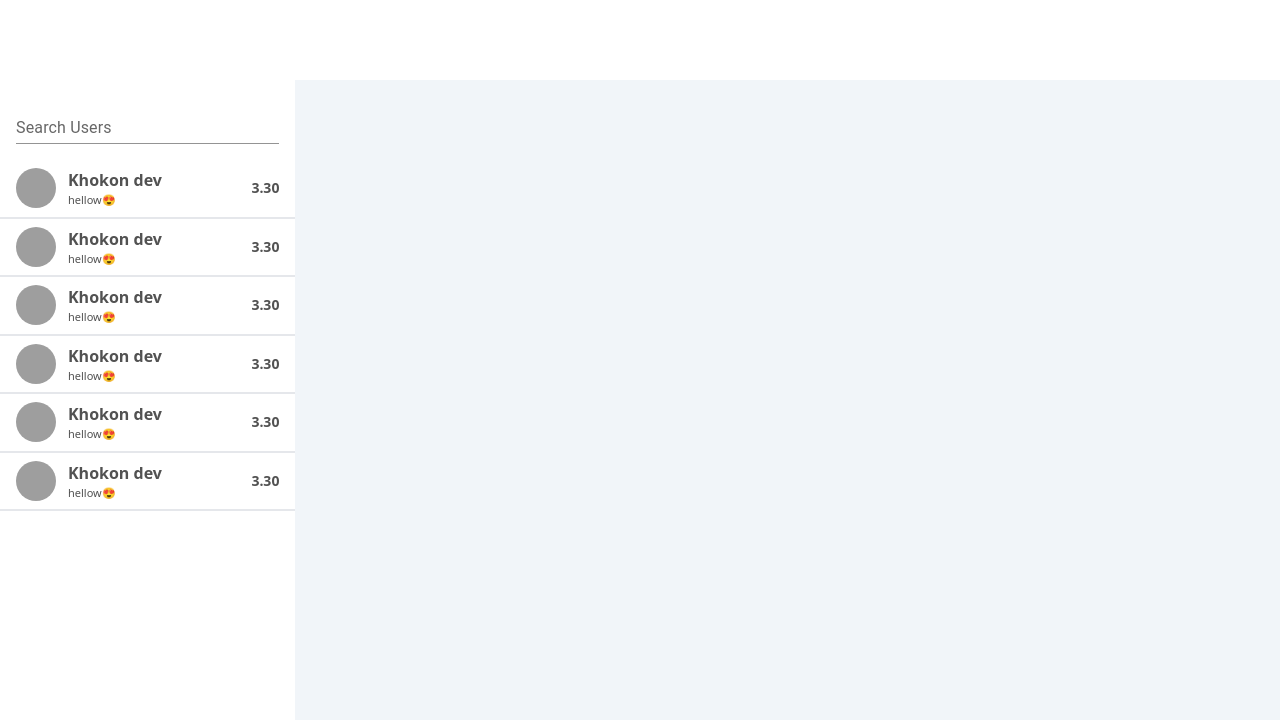
Repository: satya-ranjon/Instagram-clone-dev
Page: /inbox
An editor plug-in stored every save of this project. The page is shown before and after the next save, followed by the edit.
The browser window is 1280 px wide. The pictures show the whole page.
Pictures or frames that could not be fetched are drawn as grey boxes. The project was rebuilt for these pictures with package versions that can differ from the ones it lists, and the page was loaded fresh each time. Also part of the build but not shown: src/components/RightSideBar.jsx, src/components/Home/SinglePost.jsx, src/components/Home/PostList.jsx, src/components/Home/closeBtn.jsx, src/components/Home/newPostSectionOne.jsx, src/components/Home/NewPost.jsx, src/components/Home/Home.jsx, src/Assets/Logo.jsx and 8 more.

Above is the page before, as saved 2022-04-23 03:42:25.

### public/index.html
<!DOCTYPE html>
<html lang="en">
  <head>
    <meta charset="utf-8" />
    <link rel="icon" href="%PUBLIC_URL%/faveicon.png" />
    <meta name="viewport" content="width=device-width, initial-scale=1" />
    <meta name="theme-color" content="#000000" />
    <meta
      name="description"
      content="Web site created using create-react-app"
    />
    <link rel="apple-touch-icon" href="%PUBLIC_URL%/logo192.png" />
    <!--
      manifest.json provides metadata used when your web app is installed on a
      user's mobile device or desktop. See https://developers.google.com/web/fundamentals/web-app-manifest/
    -->
    <link rel="manifest" href="%PUBLIC_URL%/manifest.json" />
    <!--
      Notice the use of %PUBLIC_URL% in the tags above.
      It will be replaced with the URL of the `public` folder during the build.
      Only files inside the `public` folder can be referenced from the HTML.

      Unlike "/favicon.ico" or "favicon.ico", "%PUBLIC_URL%/favicon.ico" will
      work correctly both with client-side routing and a non-root public URL.
      Learn how to configure a non-root public URL by running `npm run build`.
    -->
    <title>React App</title>
  </head>
  <body>
    <noscript>You need to enable JavaScript to run this app.</noscript>
    <div id="root"></div>
    <!--
      This HTML file is a template.
      If you open it directly in the browser, you will see an empty page.

      You can add webfonts, meta tags, or analytics to this file.
      The build step will place the bundled scripts into the <body> tag.

      To begin the development, run `npm start` or `yarn start`.
      To create a production bundle, use `npm run build` or `yarn build`.
    -->
  </body>
</html>

### src/index.css
@import url("https://fonts.googleapis.com/css2?family=Kaushan+Script&display=swap");

@tailwind base;
@tailwind components;
@tailwind utilities;

@layer components {
  .grid___three {
    @apply grid grid-cols-1 sm:grid-cols-2 md:grid-cols-3 gap-2 lg:gap-4 transition-all duration-300 my-10 font-semibold mx-10  sm:mx-20 lg:mx-32 xl:mx-40;
  }
  .grid___two {
    @apply grid grid-cols-1 sm:grid-cols-2 gap-2 lg:gap-4  my-10 font-semibold mx-10 transition-all duration-300 sm:mx-20 lg:mx-32 xl:mx-40;
  }
  .grid___one {
    @apply grid grid-cols-1  gap-2 lg:gap-4  my-10 font-semibold mx-10 sm:mx-32 md:mx-44 transition-all duration-300 lg:mx-60 xl:mx-60;
  }
  .img__three {
    @apply bg-red-300 w-full h-[18rem] transition-all duration-300 sm:h-[14rem] xl:h-[18rem] 2xl:h-[28rem];
  }
  .img__two {
    @apply bg-red-300 w-full h-[18rem] transition-all duration-300 sm:h-[20rem] lg:h-[24rem] xl:h-[28rem] 2xl:h-[40rem];
  }
  .img__one {
    @apply bg-red-300 w-full h-[18rem] transition-all duration-300 sm:h-[20rem] lg:h-[32rem] xl:h-[40rem] 2xl:h-[52rem];
  }
}

body::-webkit-scrollbar {
  display: none;
}
.hide_scrollbar::-webkit-scrollbar {
  display: none;
  overflow: hidden;
}

#category {
  overflow: hidden;
}

.bground {
  background: radial-gradient(
    ellipse at 70% 70%,
    #ee583f 8%,
    #d92d77 42%,
    #bd3381 58%
  );
}

.new {
  position: absolute;
  top: 50%;
  right: 50%;
  transform: translate(-50%, -50%);
}

### src/App.js
import { Route, Routes } from "react-router-dom";
import HomeContainder from "./components/Home/HomeContainder";
import InboxContainer from "./components/Inbox/InboxContainer";

function App() {
  return (
    <Routes>
      <Route path="/" element={<HomeContainder />} />
      <Route path="/inbox" element={<InboxContainer />} />
    </Routes>
  );
}

export default App;

### src/components/Inbox/InboxContainer.jsx
import { Avatar, TextField } from "@mui/material";
import React from "react";
import MesseageBox from "./MesseageBox";
import SearchUsers from "./SearchUsers";
import UserList from "./UserList";

export default function InboxContainer() {
  return (
    <div>
      <div className=" flex justify-between">
        <div className=" h-screen w-96 lg:w-[50rem overflow-y-scroll scrollbar-thumb-neutral-400 scrollbar-thin">
          <div className=" fixed top-0 h-20 bg-white w-full z-10">
            <div className="w-96"></div>
            <div className="w-full bg-red-300"></div>
          </div>
          <div className=" w-full pt-20 relative">
            <SearchUsers />
            <UserList />
            <UserList />
            <UserList />
            <UserList />
            <UserList />
            <UserList />
          </div>
        </div>

        <MesseageBox />
      </div>
    </div>
  );
}

### src/components/Inbox/MesseageBox.jsx
import React from "react";
import MesseageHader from "./MesseageHader";

export default function MesseageBox() {
  return (
    <div className=" h-screen w-full bg-slate-100">
      <MesseageHader />
    </div>
  );
}

### src/components/Inbox/SearchUsers.jsx
import { TextField } from "@mui/material";
import React from "react";

export default function SearchUsers() {
  return (
    <div className="p-4">
      <TextField
        className=" w-full "
        id="standard-basic"
        label="Search Users"
        variant="standard"
      />
    </div>
  );
}

### src/components/Inbox/UserList.jsx
import { Avatar } from "@mui/material";
import React from "react";

export default function UserList() {
  return (
    <div className="flex py-2 px-4 cursor-pointer transition-all duration-300 hover:bg-neutral-100 justify-between text-neutral-600 border-b-2">
      <div className=" my-auto flex space-x-3">
        <Avatar
          alt="Remy Sharp"
          src="https://img.freepik.com/free-photo/portrait-guy-with-colorful-neon-light-blue-studio-background-male-model-with-calm-serious-mood_155003-36962.jpg?t=st=1650662885~exp=1650663485~hmac=7fed3c0063e691a8f39a65e7b480038fb41dd291ed7ee95f9053a12587457cbc&w=900"
          className=" cursor-pointer"
        />
        <div className="">
          <p className=" font-semibold text-md ">Khokon dev</p>
          <p className=" text-[11px]">hellow😍</p>
        </div>
      </div>
      <p className="font-semibold text-sm my-auto">3.30</p>
    </div>
  );
}

### src/components/Inbox/MesseageHader.jsx
import React from "react";
import { Avatar } from "@mui/material";
import { BiInfoCircle } from "react-icons/bi";

export default function MesseageHader() {
  return (
    <div className=" flex justify-between p-4">
      <Avatar
        alt="Remy Sharp"
        src="/static/images/avatar/1.jpg"
        className=" cursor-pointer"
      />
      <BiInfoCircle className=" text-neutral-400 text-3xl cursor-pointer transition-all duration-300 hover:text-neutral-600" />
    </div>
  );
}

### tailwind.config.js
module.exports = {
  content: ["./src/**/*.{js,jsx,ts,tsx}"],
  theme: {
    extend: {
      screens: {
        "3sm": "380px",
        "2sm": "480px",
        "4sm": "640px",
        "2lg": "1160px",
      },
    },
  },
  plugins: [require("tailwind-scrollbar")],
};

Loaded but not shown: src/index.js (common file)

After the next save:
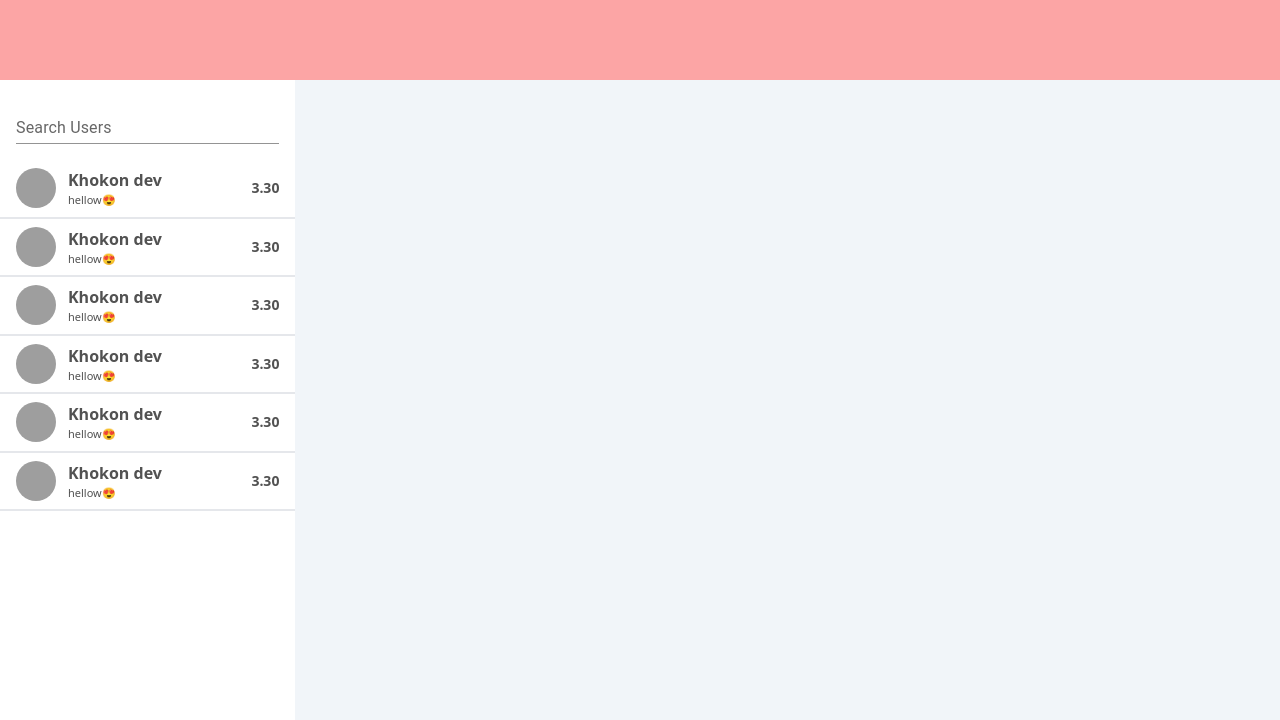
Saved 16 s later.
--- a/src/components/Inbox/InboxContainer.jsx
+++ b/src/components/Inbox/InboxContainer.jsx
@@ -11,7 +11,7 @@
         <div className=" h-screen w-96 lg:w-[50rem overflow-y-scroll scrollbar-thumb-neutral-400 scrollbar-thin">
           <div className=" fixed top-0 h-20 bg-white w-full z-10">
             <div className="w-96"></div>
-            <div className="w-full bg-red-300"></div>
+            <div className="w-full h-full bg-red-300"></div>
           </div>
           <div className=" w-full pt-20 relative">
             <SearchUsers />
